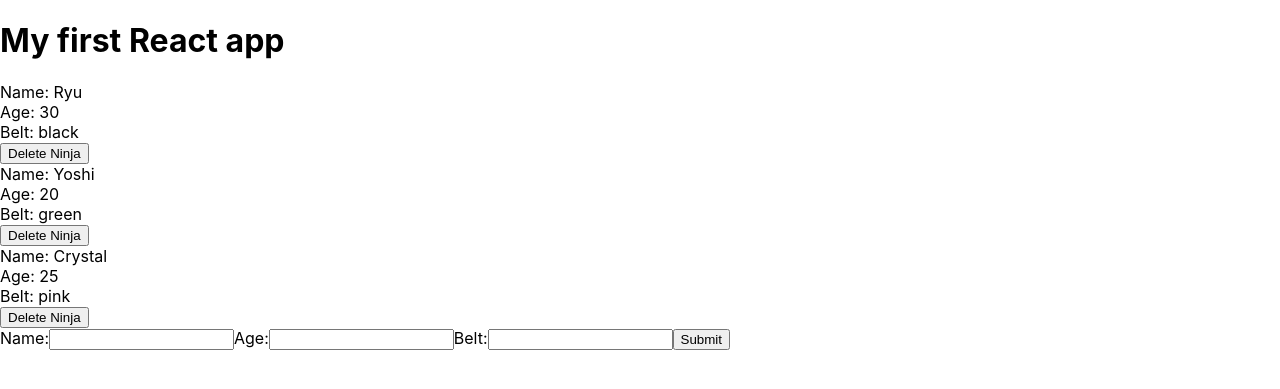
Repository: Piterwk1/Trening-react
Page: /
The author's editor kept a copy of each file at every save. The page is drawn from the files as they stood at one save, then again after the next save.
The browser window is 1280 px wide. The pictures show the whole page.
The project was rebuilt for these pictures with package versions that can differ from the ones it lists, and the page was loaded fresh each time.

Above is the page before, as saved 2021-02-10 15:24:23.

After the next save:
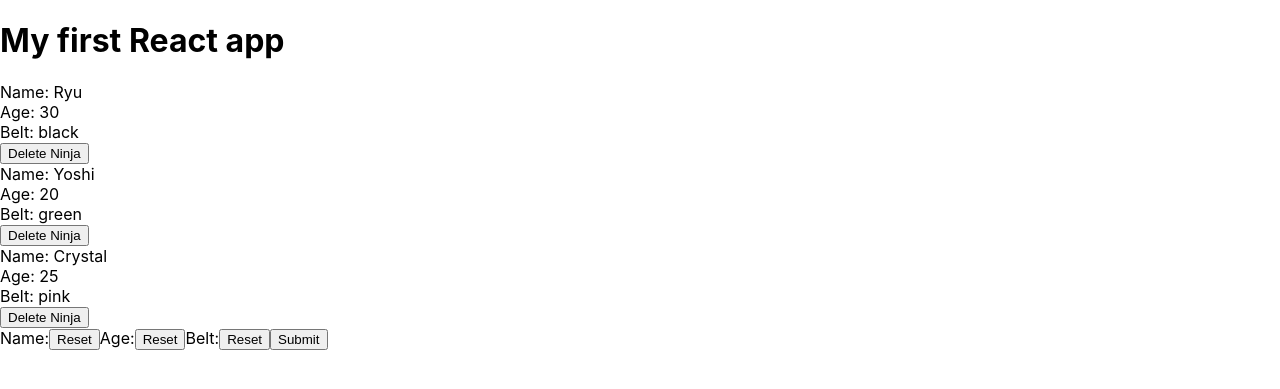
Saved 8 min 57 s later.
--- a/src/AddNinja.js
+++ b/src/AddNinja.js
@@ -29,11 +29,26 @@
       <div>
         <form onSubmit={this.handleSubmit}>
           <label htmlFor="name">Name:</label>
-          <input type="text" id="name" onChange={this.handleChange} />
+          <input
+            type="reset"
+            defaultValue="Reset"
+            id="name"
+            onChange={this.handleChange}
+          />
           <label htmlFor="name">Age:</label>
-          <input type="text" id="age" onChange={this.handleChange} />
+          <input
+            type="reset"
+            defaultValue="Reset"
+            id="age"
+            onChange={this.handleChange}
+          />
           <label htmlFor="name">Belt:</label>
-          <input type="text" id="belt" onChange={this.handleChange} />
+          <input
+            type="reset"
+            defaultValue="Reset"
+            id="belt"
+            onChange={this.handleChange}
+          />
           <button type="submit">Submit</button>
         </form>
       </div>

After the 2 saves that followed:
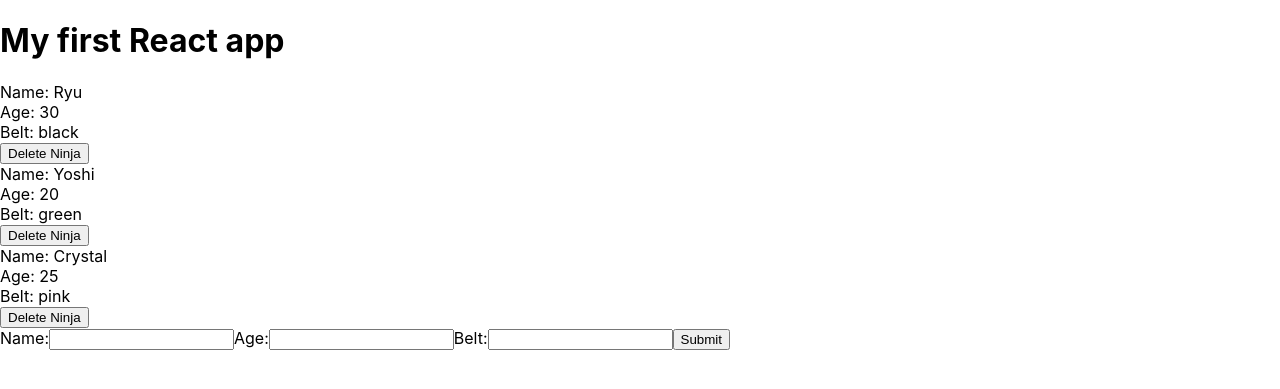
The 2 saves are shown as one change because 1 left the picture as it was.
The last was saved 57 s later.
--- a/src/AddNinja.js
+++ b/src/AddNinja.js
@@ -29,26 +29,11 @@
       <div>
         <form onSubmit={this.handleSubmit}>
           <label htmlFor="name">Name:</label>
-          <input
-            type="reset"
-            defaultValue="Reset"
-            id="name"
-            onChange={this.handleChange}
-          />
+          <input type="text" id="name" onChange={this.handleChange} />
           <label htmlFor="name">Age:</label>
-          <input
-            type="reset"
-            defaultValue="Reset"
-            id="age"
-            onChange={this.handleChange}
-          />
+          <input type="text" id="age" onChange={this.handleChange} />
           <label htmlFor="name">Belt:</label>
-          <input
-            type="reset"
-            defaultValue="Reset"
-            id="belt"
-            onChange={this.handleChange}
-          />
+          <input type="text" id="belt" onChange={this.handleChange} />
           <button type="submit">Submit</button>
         </form>
       </div>
